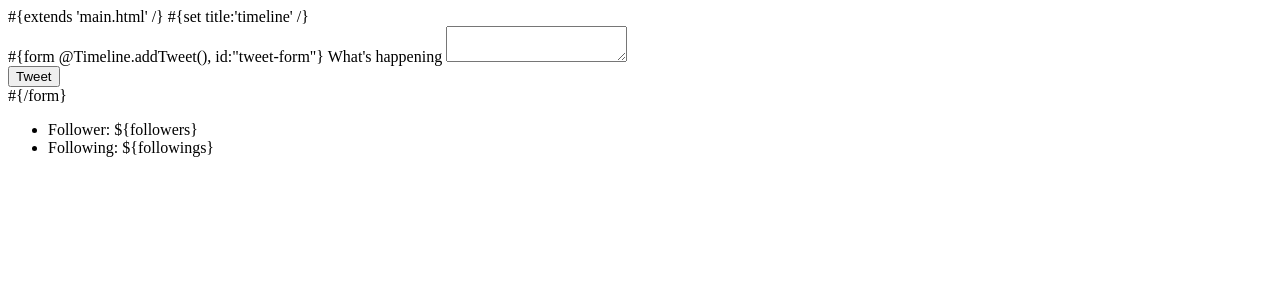
Repository: axelhzf/play-tlp
Page: twitter/app/views/Timeline/index.html
The author's editor kept a copy of each file at every save. The page is drawn from the files as they stood at one save, then again after the next save.
The browser window is 1280 px wide. The pictures show the whole page.

Above is the page before, as saved 2011-07-17 11:08:49.
Console error: SyntaxError: Unexpected token '<'

### twitter/app/views/Timeline/index.html
#{extends 'main.html' /}
#{set title:'timeline' /}

	<div class="happening">
	#{form @Timeline.addTweet(), id:"tweet-form"}
		<label>What's happening</label>
		<textarea name="tweet.msg" id="tweet-msg"> </textarea>
		<div class="button_container">
			<input type="submit" value="Tweet" id="tweet-submit">
		</div>
	#{/form}
	</div>

<div id="follow-info">
    <ul>
        <li>Follower: ${followers}</li>
        <li>Following: ${followings}</li>
    </ul>
</div>

<div id="tweets"></div>

<script>
<script>
    function cargarTweets(){
        #{if user != null}
            *{Consulta los tweets de otra persona}*
            var listAction = #{jsAction @Timeline.tweets(':user') /}
            var url = listAction({user:'${usuarioConsultado.username}'})
        #{/if}
        #{else}
            *{Consulta el timeline del usuario}*
            var listAction = #{jsAction @Timeline.timeline() /}
            var url = listAction({})
        #{/else}

        $.get(url, function(data){
            var html = '';
            $.each(data, function(i, tweet) {
                var date = new Date(tweet.date);
                html += '<div class="tweet"><div class="tweet-author"><a href="/' + tweet.author.username + '"> ' + tweet.author.username +'</a></div><div class="tweet-msg"> ' + tweet.msg + '</div><div class="tweet-date"> ' + date.toLocaleDateString() + '</div></div>'
            });
            $('#tweets').html(html);
        });
    }

    $(function(){
        cargarTweets();
        $('#tweet-submit').click(function(){
            $.post('@{Timeline.addTweet}', $('#tweet-form').serialize(), function(){
                $('#tweet-msg').val('');
                cargarTweets();
            });
            return false;
        });
    });
</script>

After the next save:
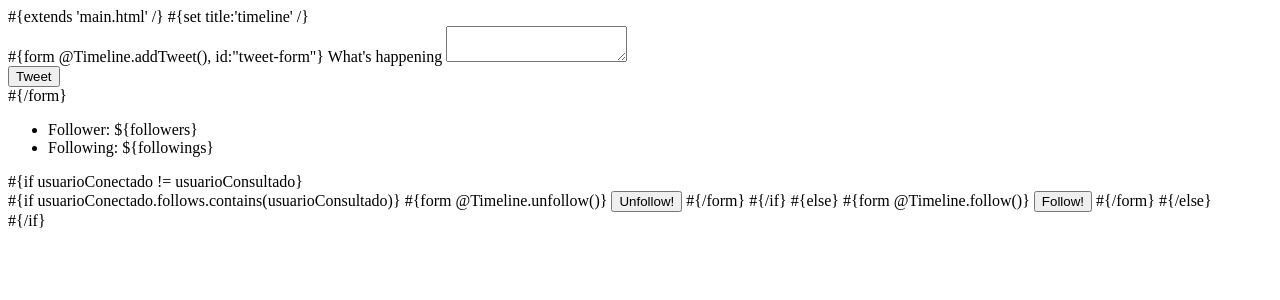
Saved 26 s later.
--- a/twitter/app/views/Timeline/index.html
+++ b/twitter/app/views/Timeline/index.html
@@ -17,6 +17,23 @@
         <li>Following: ${followings}</li>
     </ul>
 </div>
+
+#{if usuarioConectado != usuarioConsultado}
+<div>
+    #{if usuarioConectado.follows.contains(usuarioConsultado)}
+        #{form @Timeline.unfollow()}
+            <input type="hidden" name="user" value="${usuarioConsultado.username}">
+            <input type="submit" value="Unfollow!"/>
+        #{/form}
+    #{/if}
+    #{else}
+        #{form @Timeline.follow()}
+            <input type="hidden" name="user" value="${usuarioConsultado.username}">
+            <input type="submit" value="Follow!"/>
+        #{/form}
+    #{/else}
+</div>
+#{/if}
 
 <div id="tweets"></div>
 
